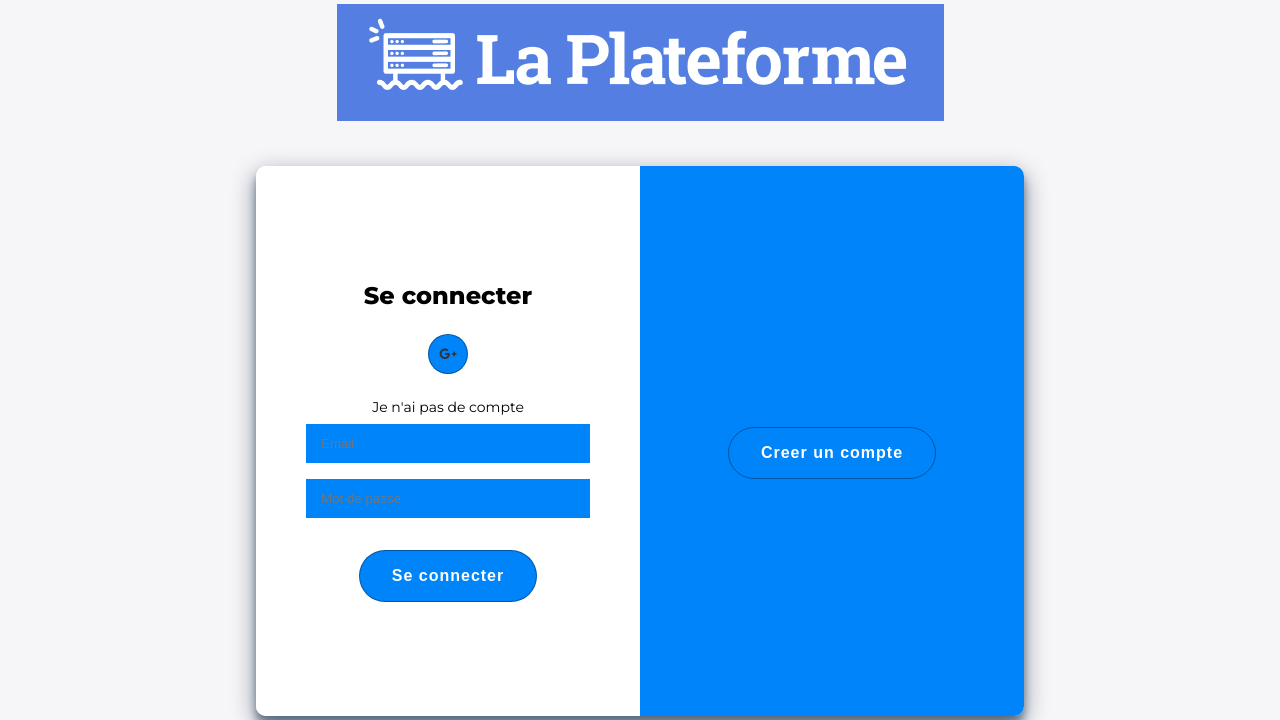
Repository: karim-sebih/runtrackJs
Page: bigjob/index.html
An editor plug-in stored every save of this project. The page is shown before and after a run of saves, followed by the edit.
The browser window is 1280 px wide. The pictures show the whole page.
Some web libraries are served in a nearby version.

Above is the page before, as saved 2025-03-21 08:51:47.

After the next 6 saves:
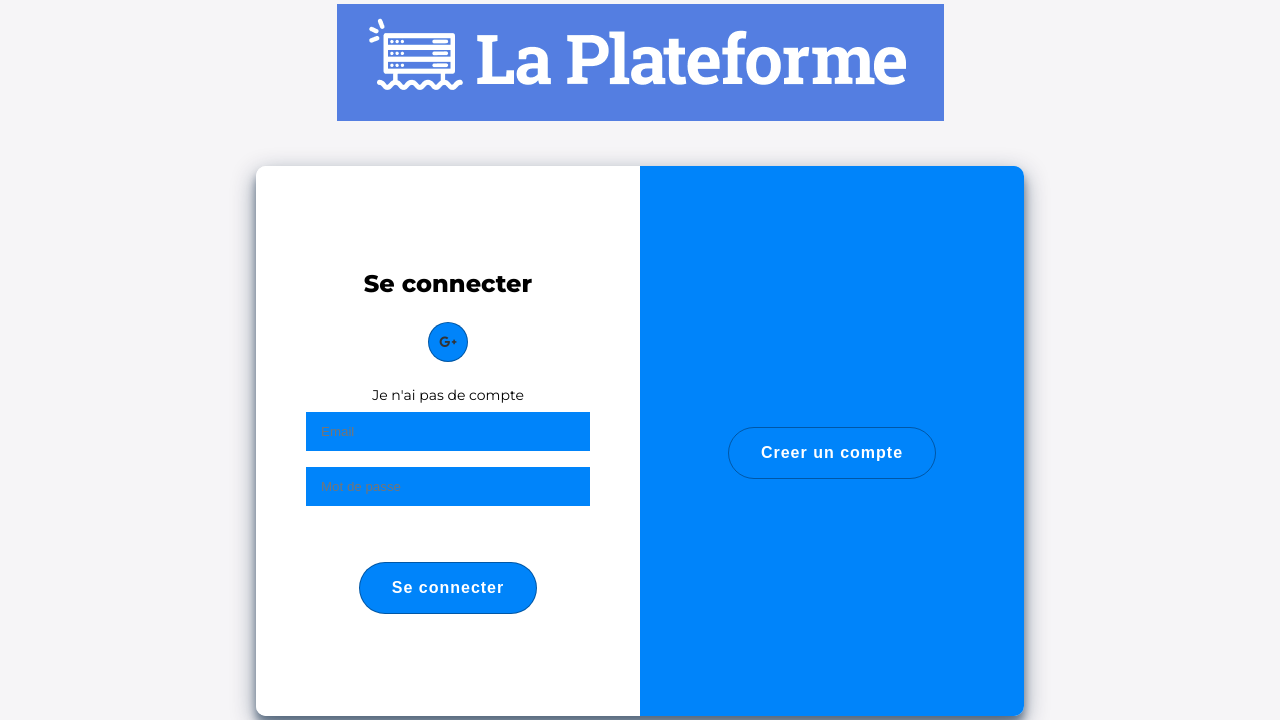
The 6 saves are shown as one change because they came seconds apart.
The last was saved 47 s later.
--- a/bigjob/index.html
+++ b/bigjob/index.html
@@ -41,7 +41,7 @@
 				<span>Je n'ai pas de compte</span>
 				<input type="email" placeholder="Email">
 				<input type="password" placeholder="Mot de passe">
-				<button>Se connecter</button>
+				<a href=""></a> <button>Se connecter</button>
 			</form>
 		</div>
 
